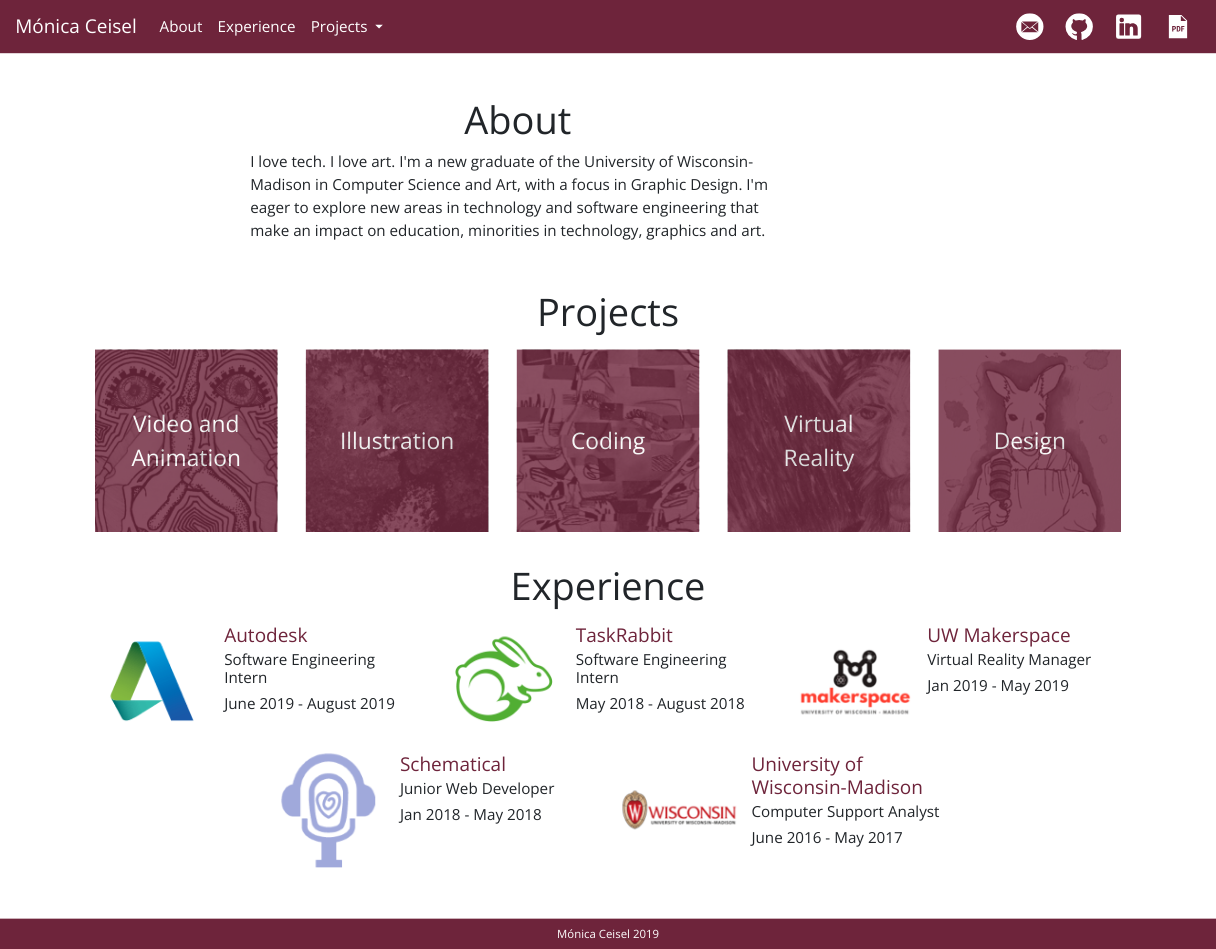
Repository: ceiselm/ceiselm.github.io
Page: index.html
An editor plug-in stored every save of this project. The page is shown before and after the next save, followed by the edit.
The browser window is 1280 px wide. The pictures show the whole page, at 95% of full size.

Above is the page before, as saved 2019-08-07 23:01:44.

After the next save:
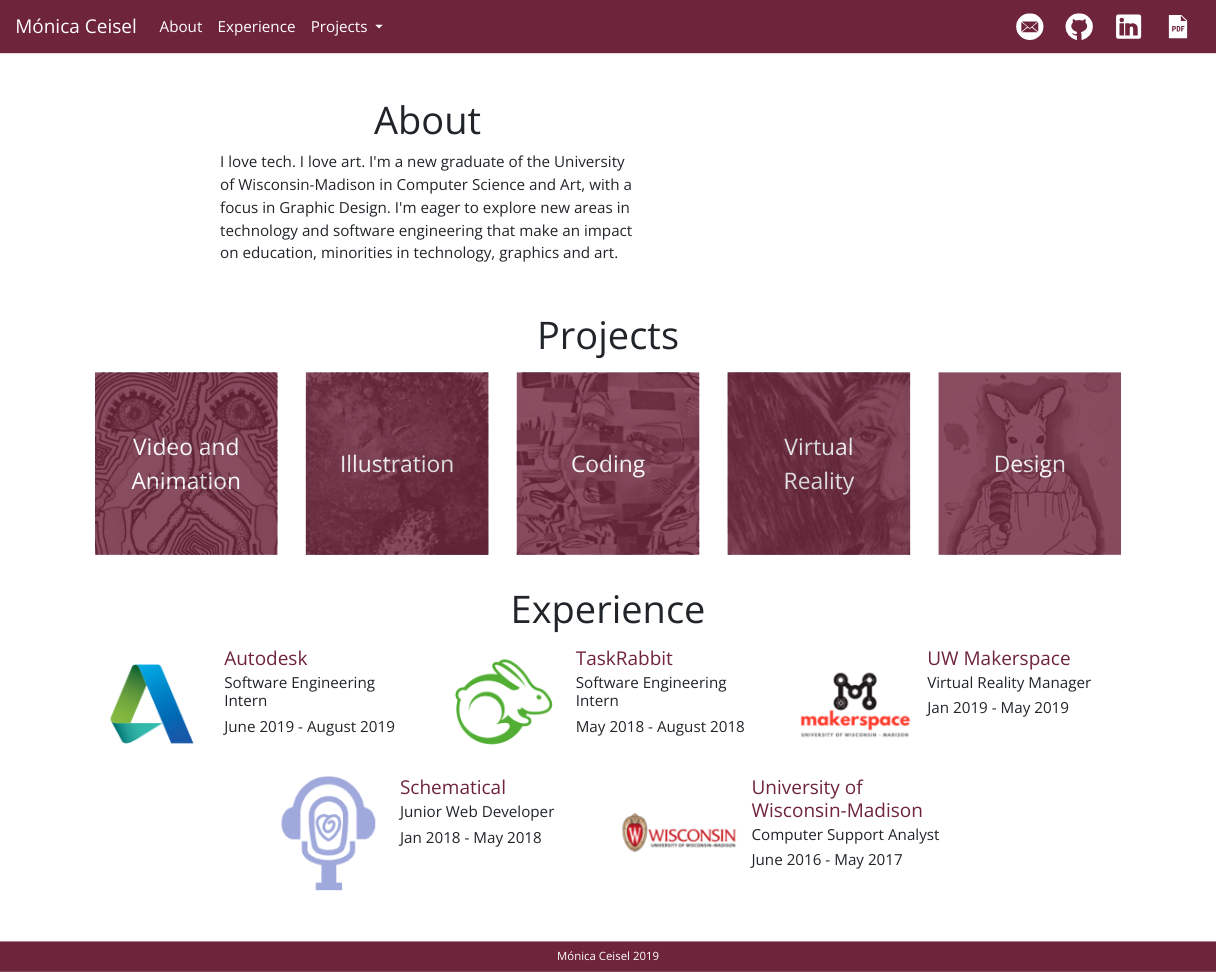
Saved 43 s later.
--- a/index.html
+++ b/index.html
@@ -74,7 +74,7 @@
     <div class="portion">
         <div class="container">
             <div class="row">
-                <div class="col-10">
+                <div class="col-8">
       <section>
         <div class="text-center mt-2">
           <div class="container">
@@ -269,6 +269,9 @@
       </section>
     </div>
   </div>
+  </div>
+</div>
+</div>
   <!-- experience END -->
   </main>
   <!-- footer START -->
